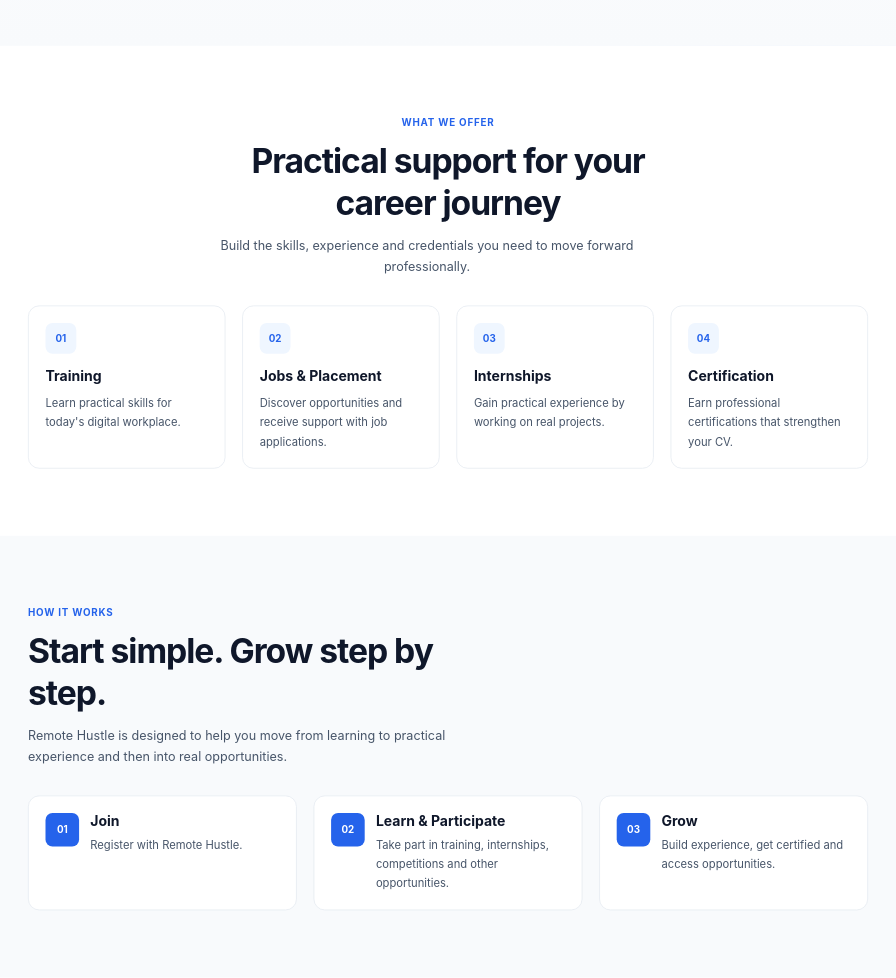
Repository: Lovethrech/remote-hustle
Page: /
These files come from the project's save history. The page is drawn as it stood at one moment and after the next save; the edit follows.
The browser window is 1280 px wide. The pictures show the part of the page from y = 688 to 2608 px (the page is 2085 px tall before and 2608 px after), at 70% of full size.
The project was rebuilt for these pictures with package versions that can differ from the ones it lists, and the page was loaded fresh each time. The framework's server and built-in components were replaced by stand-ins that run in the browser. Also part of the build but not shown: nuxt.config.ts, app/components/atoms/BaseInput.vue, app/components/atoms/BaseSelect.vue, app/components/molecules/OpportunityCard.vue, app/components/molecules/PageHero.vue, app/components/molecules/ProductCard.vue.

Above is the page before, as saved 2026-08-25 20:46:13.

### app/assets/css/global.css
html {
    font-size: 16px;
}

body {
    background: var(--color-background);
    color: var(--color-text);
    font-family: var(--font-family-base);
    font-size: var(--font-size-base);
    font-weight: var(--font-weight-regular);
    line-height: var(--line-height-body);
    overflow-x: hidden;
    -webkit-font-smoothing: antialiased;
    -moz-osx-font-smoothing: grayscale;
}

::selection {
    background: var(--color-primary);
    color: var(--color-white);
}

/* Typography */

h1,
h2,
h3,
h4,
h5,
h6 {
    color: var(--color-gray-900);
    font-weight: var(--font-weight-bold);
    line-height: var(--line-height-heading);
}

h1 {
    font-size: clamp(2.5rem, 8vw, 4.5rem);
    line-height: var(--line-height-tight);
    letter-spacing: -0.04em;
}

h2 {
    font-size: clamp(2rem, 5vw, 3rem);
    letter-spacing: -0.03em;
}

h3 {
    font-size: clamp(1.25rem, 3vw, 1.5rem);
}

p {
    color: var(--color-text-muted);
}

strong {
    color: var(--color-text);
    font-weight: var(--font-weight-semibold);
}

/* Accessible focus */

a:focus-visible,
button:focus-visible,
input:focus-visible,
textarea:focus-visible,
select:focus-visible {
    outline: 3px solid rgba(37, 99, 235, 0.3);
    outline-offset: 3px;
}

/* Form defaults */

input,
textarea,
select {
    width: 100%;
    color: var(--color-text);
}

textarea {
    resize: vertical;
}

/* Main page */

main {
    min-height: calc(100vh - var(--header-height));
}

/* Standard section */

.section {
    padding-block: var(--space-16);
}

.section--soft {
    background: var(--color-background-soft);
}

/* Container */

.container {
    width: min(
        calc(100% - (var(--container-padding) * 2)),
        var(--container-width)
    );

    margin-inline: auto;
}

/* Section headings */

.section-heading {
    max-width: 680px;
    margin-bottom: var(--space-10);
}

.section-heading--center {
    margin-inline: auto;
    text-align: center;
}

.section-heading__eyebrow {
    display: inline-block;
    margin-bottom: var(--space-3);

    color: var(--color-primary);
    font-size: var(--font-size-sm);
    font-weight: var(--font-weight-bold);
    letter-spacing: 0.08em;
    text-transform: uppercase;
}

.section-heading__title {
    margin-bottom: var(--space-4);
}

.section-heading__description {
    max-width: 620px;
    font-size: var(--font-size-lg);
}

/* Responsive */

@media (min-width: 768px) {
    :root {
        --container-padding: 2rem;
    }

    .section {
        padding-block: var(--space-20);
    }
}

@media (min-width: 1024px) {
    .section {
        padding-block: var(--space-24);
    }
}

### app/assets/css/reset.css
*,
*::before,
*::after{
    box-sizing: border-box;
}

*{
    margin:0;
    padding:0;
}

html{
    scroll-behavior: smooth;
    -webkit-text-size-adjust: 100%;
}

body{
    min-height: 100vh;
}

img,
picture,
svg,
video,
canvas{
    display: block;
    max-width: 1005;
}

input,
button,
textarea,
select{
    font: inherit;
}

button{
    border: 0;
    background: none;
    cursor: pointer;
}

a{
    color: inherit;
    text-decoration: none;
}

ul,
ol{
    list-style: none;
}

table{
    border-collapse: collapse;
    border-spacing:0;
}

### app/assets/css/variables.css
:root{
    /* Brand */
    --color-primary: #2563eb;
    --color-primary-dark: #1d4ed8;
    --color-primary-light: #eff6ff;

    --color-secondary:  #0f172a;

    /* Neutral */
    --color-white: #ffffff;
    --color-black: #000000;

    --color-gray-50: #f8fafc;
    --color-grap-100: #f1f5f9;
    --color-gray-200: #e2e8f0;
    --color-gray-300: #cbd5e1;
    --color-gray-400: #94a3b8;
    --color-gray-500: #64748b;
    --color-gray-600: #475569;
    --color-gray-700: #334155;
    --color-gray-800: #1e293b;
    --color-gray-900: #0f172a;

    /* Text */
    --color-text: var(--color-gray-900);
    --color-text-muted: var(--color-gray-600);

    /* Background */
    --color-background: var(--color-white);
    --color-background-soft: var(--color-gray-50);

    /* Status */
    --color-success: #16a34a;
    --color-danger: #dc2626;
    --color-warning: #d97706;

    /* Typography */
    --font-family-base:
        Inter,
        -apple-system,
        BlinkMacSystemFont,
        "Segoe UI",
        Roboto,
        Helvetica,
        Arial,
        sans-serif;

    --font-size-xs: 0.75rem;
    --font-size-sm: 0.875rem;
    --font-size-base: 1rem;
    --font-size-lg: 1.125rem;
    --font-size-xl: 1.25rem;
    --font-size-2xl: 1.5rem;
    --font-size-3xl: 1.875rem;
    --font-size-4xl: 2.25rem;
    --font-size-5xl: 3rem;
    --font-size-6xl: 3.75rem;

    /* Font weights */
    --font-weight-regular: 400;
    --font-weight-medium: 500;
    --font-weight-semibold: 600;
    --font-weight-bold: 700;

    /* Line heights */
    --line-height-tight: 1.15;
    --line-height-heading: 1.25;
    --line-height-body: 1.7;

    /* Spacing */
    --space-1: 0.25rem;
    --space-2: 0.5rem;
    --space-3: 0.75rem;
    --space-4: 1rem;
    --space-5: 1.25rem;
    --space-6: 1.5rem;
    --space-8: 2rem;
    --space-10: 2.5rem;
    --space-12: 3rem;
    --space-16: 4rem;
    --space-20: 5rem;
    --space-24: 6rem;

    /* Radius */
    --radius-sm: 0.375rem;
    --radius-md: 0.625rem;
    --radius-lg: 1rem;
    --radius-xl: 1.5rem;
    --radius-pill: 9999px;

    /* Shadows */
    --shadow-sm:
        0 1px 2px rgba(15, 23, 42, 0.05);

    --shadow-md:
        0 8px 24px rgba(15, 23, 42, 0.08);

    --shadow-lg:
        0 20px 50px rgba(15, 23, 42, 0.12);

    /* Layout */
    --container-width: 1200px;
    --container-padding: 1.25rem;

    /* Header */
    --header-height: 72px;

    /* Transitions */
    --transition-fast: 150ms ease;
    --transition-base: 250ms ease;
}

### app/assets/css/utilities.css
/* Display */

.hidden {
    display: none;
}

.block {
    display: block;
}

.flex {
    display: flex;
}

.grid {
    display: grid;
}

/* Flex */

.items-center {
    align-items: center;
}

.justify-center {
    justify-content: center;
}

.justify-between {
    justify-content: space-between;
}

.flex-column {
    flex-direction: column;
}

.flex-wrap {
    flex-wrap: wrap;
}

/* Gap */

.gap-2 {
    gap: var(--space-2);
}

.gap-3 {
    gap: var(--space-3);
}

.gap-4 {
    gap: var(--space-4);
}

.gap-6 {
    gap: var(--space-6);
}

.gap-8 {
    gap: var(--space-8);
}

/* Text */

.text-center {
    text-align: center;
}

.text-left {
    text-align: left;
}

.text-primary {
    color: var(--color-primary);
}

.text-muted {
    color: var(--color-text-muted);
}

/* Width */

.w-full {
    width: 100%;
}

/* Screen-reader-only content */

.sr-only {
    position: absolute;

    width: 1px;
    height: 1px;
    padding: 0;
    margin: -1px;

    overflow: hidden;

    clip: rect(0, 0, 0, 0);
    white-space: nowrap;

    border: 0;
}

### app/components/atoms/BaseButton.vue
<script setup>
const props = defineProps({
    to: {
        type: String,
        default: ''
    },

    variant: {
        type: String,
        default: 'primary',
        validator: value => ['primary', 'secondary'].includes(value)
    },

    size: {
        type: String,
        default: 'md',
        validator: value => ['sm', 'md', 'lg'].includes(value)
    },

    block: {
        type: Boolean,
        default: false
    }
})
</script>

<template>
    <NuxtLink
        v-if="to"
        :to="to"
        class="base-button"
        :class="[
        `base-button--${variant}`,
        `base-button--${size}`,
        { 'base-button--block': block }
        ]"
    >
        <slot />
    </NuxtLink>

    <button
        v-else
        type="button"
        class="base-button"
        :class="[
        `base-button--${variant}`,
        `base-button--${size}`,
        { 'base-button--block': block }
        ]"
    >
        <slot />
    </button>
</template>

<style scoped>
.base-button {
    display: inline-flex;
    align-items: center;
    justify-content: center;

    border: 1px solid transparent;
    border-radius: var(--radius-md);

    font-weight: var(--font-weight-semibold);
    line-height: 1;

    transition:
        background var(--transition-fast),
        color var(--transition-fast),
        border-color var(--transition-fast),
        transform var(--transition-fast);
}

.base-button:hover {
    transform: translateY(-2px);
}

/* Variants */

.base-button--primary {
    color: var(--color-white);
    background: var(--color-primary);
}

.base-button--primary:hover {
    background: var(--color-primary-dark);
}

.base-button--secondary {
    color: var(--color-gray-900);
    background: var(--color-white);

    border-color: var(--color-gray-300);
}

.base-button--secondary:hover {
    border-color: var(--color-primary);
    color: var(--color-primary);
}

/* Sizes */

.base-button--sm {
    min-height: 40px;
    padding-inline: var(--space-4);

    font-size: var(--font-size-sm);
}

.base-button--md {
    min-height: 46px;
    padding-inline: var(--space-5);

    font-size: var(--font-size-sm);
}

.base-button--lg {
    min-height: 52px;
    padding-inline: var(--space-6);

    font-size: var(--font-size-base);
}

.base-button--block {
    width: 100%;
}
</style>

### app/components/molecules/FeatureCard.vue
<script setup>
defineProps({
    number: {
        type: String,
        required: true
    },

    title: {
        type: String,
        required: true
    },

    description: {
        type: String,
        required: true
    }
})
</script>

<template>
    <article class="feature-card">
        <div class="feature-card__number">
            {{ number }}
        </div>

        <h3 class="feature-card__title">
            {{ title }}
        </h3>

        <p class="feature-card__description">
            {{ description }}
        </p>
    </article>
</template>

<style scoped>
.feature-card {
    height: 100%;
    padding: var(--space-6);
    background: var(--color-white);
    border: 1px solid var(--color-gray-200);
    border-radius: var(--radius-lg);
    transition:
        transform var(--transition-base),
        box-shadow var(--transition-base),
        border-color var(--transition-base);
}

.feature-card:hover {
    transform: translateY(-4px);
    border-color: var(--color-gray-300);
    box-shadow: var(--shadow-md);
}

.feature-card__number {
    width: 44px;
    height: 44px;
    display: grid;
    place-items: center;
    margin-bottom: var(--space-5);
    color: var(--color-primary);
    background: var(--color-primary-light);
    border-radius: var(--radius-md);
    font-size: var(--font-size-sm);
    font-weight: var(--font-weight-bold);
}

.feature-card__title {
    margin-bottom: var(--space-3);
    font-size: var(--font-size-xl);
}

.feature-card__description {
    font-size: var(--font-size-base);
}
</style>

### app/components/molecules/StepCard.vue
<script setup>
defineProps({
    number: {
        type: String,
        required: true
    },

    title: {
        type: String,
        required: true
    },

    description: {
        type: String,
        required: true
    }
})
</script>

<template>
    <article class="step-card">
        <div class="step-card__number">
            {{ number }}
        </div>

        <div class="step-card__content">
            <h3 class="step-card__title">
                {{ title }}
            </h3>

            <p class="step-card__description">
                {{ description }}
            </p>
        </div>
    </article>
</template>

<style scoped>
.step-card {
    position: relative;
    display: grid;
    grid-template-columns: auto 1fr;
    gap: var(--space-4);
    padding: var(--space-6);
    background: var(--color-white);
    border: 1px solid var(--color-gray-200);
    border-radius: var(--radius-lg);
    transition:
        transform var(--transition-base),
        box-shadow var(--transition-base),
        border-color var(--transition-base);
}

.step-card:hover {
    transform: translateY(-4px);
    border-color: var(--color-gray-300);
    box-shadow: var(--shadow-md);
}

.step-card__number {
    width: 48px;
    height: 48px;
    display: grid;
    place-items: center;
    color: var(--color-white);
    background: var(--color-primary);
    border-radius: var(--radius-md);
    font-size: var(--font-size-sm);
    font-weight: var(--font-weight-bold);
}

.step-card__content {
    min-width: 0;
}

.step-card__title {
    margin-bottom: var(--space-2);
    font-size: var(--font-size-xl);
}

.step-card__description {
    font-size: var(--font-size-base);
}
</style>

### app/components/organisms/HowItWorks.vue
<script setup>
const steps = [
    {
        number: '01',
        title: 'Join',
        description: 'Register with Remote Hustle.'
    },
    {
        number: '02',
        title: 'Learn & Participate',
        description:
        'Take part in training, internships, competitions and other opportunities.'
    },
    {
        number: '03',
        title: 'Grow',
        description:
        'Build experience, get certified and access opportunities.'
    }
]
</script>

<template>
    <section class="section section--soft how-it-works">
        <div class="container">
            <div class="section-heading">
                <span class="section-heading__eyebrow">
                    How It Works
                </span>

                <h2 class="section-heading__title">
                    Start simple. Grow step by step.
                </h2>

                <p class="section-heading__description">
                    Remote Hustle is designed to help you move from learning
                    to practical experience and then into real opportunities.
                </p>
            </div>

            <div class="how-it-works__grid">
                <MoleculesStepCard
                    v-for="step in steps"
                    :key="step.number"
                    :number="step.number"
                    :title="step.title"
                    :description="step.description"
                />
            </div>
        </div>
    </section>
</template>

<style scoped>
.how-it-works__grid {
    display: grid;
    grid-template-columns: 1fr;
    gap: var(--space-4);
}

@media (min-width: 768px) {
    .how-it-works__grid {
        grid-template-columns: repeat(3, 1fr);
        gap: var(--space-6);
    }
}
</style>

### app/components/organisms/OfferSection.vue
<script setup>
const offers = [
    {
        number: '01',
        title: 'Training',
        description:
        "Learn practical skills for today's digital workplace."
    },
    {
        number: '02',
        title: 'Jobs & Placement',
        description:
        'Discover opportunities and receive support with job applications.'
    },
    {
        number: '03',
        title: 'Internships',
        description:
        'Gain practical experience by working on real projects.'
    },
    {
        number: '04',
        title: 'Certification',
        description:
        'Earn professional certifications that strengthen your CV.'
    }
]
</script>

<template>
    <section class="section offer-section">
        <div class="container">
            <div class="section-heading section-heading--center">
                <span class="section-heading__eyebrow">
                    What We Offer
                </span>

                <h2 class="section-heading__title">
                    Practical support for your career journey
                </h2>

                <p class="section-heading__description">
                    Build the skills, experience and credentials you need
                    to move forward professionally.
                </p>
            </div>

            <div class="offer-section__grid">
                <MoleculesFeatureCard
                    v-for="offer in offers"
                    :key="offer.title"
                    :number="offer.number"
                    :title="offer.title"
                    :description="offer.description"
                />
            </div>
        </div>
    </section>
</template>

<style scoped>
.offer-section {
    background: var(--color-white);
}

.offer-section__grid {
    display: grid;
    grid-template-columns: 1fr;

    gap: var(--space-4);
}

@media (min-width: 640px) {
    .offer-section__grid {
        grid-template-columns: repeat(2, 1fr);
    }
}

@media (min-width: 1024px) {
    .offer-section__grid {
        grid-template-columns: repeat(4, 1fr);

        gap: var(--space-6);
    }
}
</style>

### app/layouts/default.vue
<template>
    <div>
        <OrganismsSiteHeader />

        <slot />
    </div>
</template>

### app/pages/index.vue
<template>
  <main>
    <OrganismsHeroSection />
    <OrganismsOfferSection />
    <OrganismsHowItWorks />
    <OraFinalCta />
  </main>
</template>

### app/components/organisms/FinalCta.vue
<template>
  <section class="section final-cta">
    <div class="container">
      <div class="final-cta__box">
        <div class="final-cta__content">
          <span class="final-cta__eyebrow">
            Ready to move forward?
          </span>

          <h2 class="final-cta__title">
            Your next opportunity could start here.
          </h2>

          <p class="final-cta__description">
            Join Remote Hustle and start building practical skills,
            experience and access to career opportunities.
          </p>
        </div>

        <div class="final-cta__action">
          <BaseButton
            to="/register"
            variant="primary"
            size="lg"
          >
            Get Started
          </BaseButton>
        </div>
      </div>
    </div>
  </section>
</template>

<style scoped>
.final-cta {
  background: var(--color-white);
}

.final-cta__box {
  position: relative;
  overflow: hidden;

  display: grid;
  gap: var(--space-8);

  padding: var(--space-8);

  background: var(--color-secondary);

  border-radius: var(--radius-xl);
}

.final-cta__box::after {
  content: "";

  position: absolute;
  top: -80px;
  right: -80px;

  width: 220px;
  height: 220px;

  background: rgba(37, 99, 235, 0.22);

  border-radius: 50%;
}

.final-cta__content {
  position: relative;
  z-index: 1;

  max-width: 680px;
}

.final-cta__eyebrow {
  display: inline-block;

  margin-bottom: var(--space-3);

  color: #93c5fd;

  font-size: var(--font-size-sm);
  font-weight: var(--font-weight-semibold);

  text-transform: uppercase;
  letter-spacing: 0.08em;
}

.final-cta__title {
  margin-bottom: var(--space-4);

  color: var(--color-white);

  font-size: clamp(2rem, 5vw, 3rem);
}

.final-cta__description {
  color: var(--color-gray-300);

  font-size: var(--font-size-lg);
}

.final-cta__action {
  position: relative;
  z-index: 1;

  display: flex;
  align-items: center;
}

@media (min-width: 768px) {
  .final-cta__box {
    grid-template-columns: 1fr auto;
    align-items: center;

    padding: var(--space-12);
  }
}
</style>

Loaded but not shown: app/app.vue (common file); app/components/organisms/HeroSection.vue (348 lines, source omitted); app/components/organisms/SiteHeader.vue (288 lines, source omitted)

After the next save:
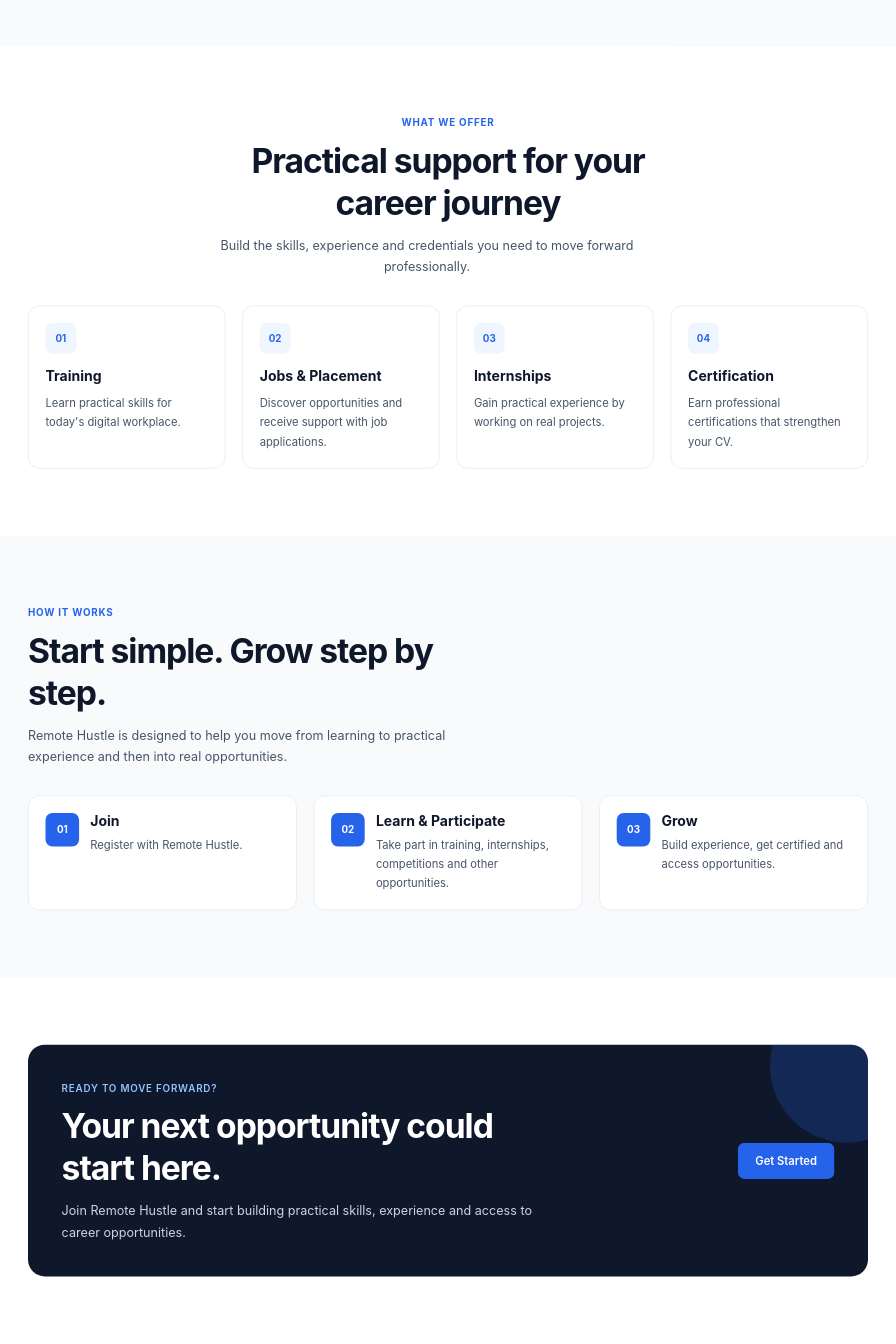
Saved 4 s later.
--- a/app/pages/index.vue
+++ b/app/pages/index.vue
@@ -3,6 +3,6 @@
     <OrganismsHeroSection />
     <OrganismsOfferSection />
     <OrganismsHowItWorks />
-    <OraFinalCta />
+    <OrganismsFinalCta />
   </main>
 </template>
